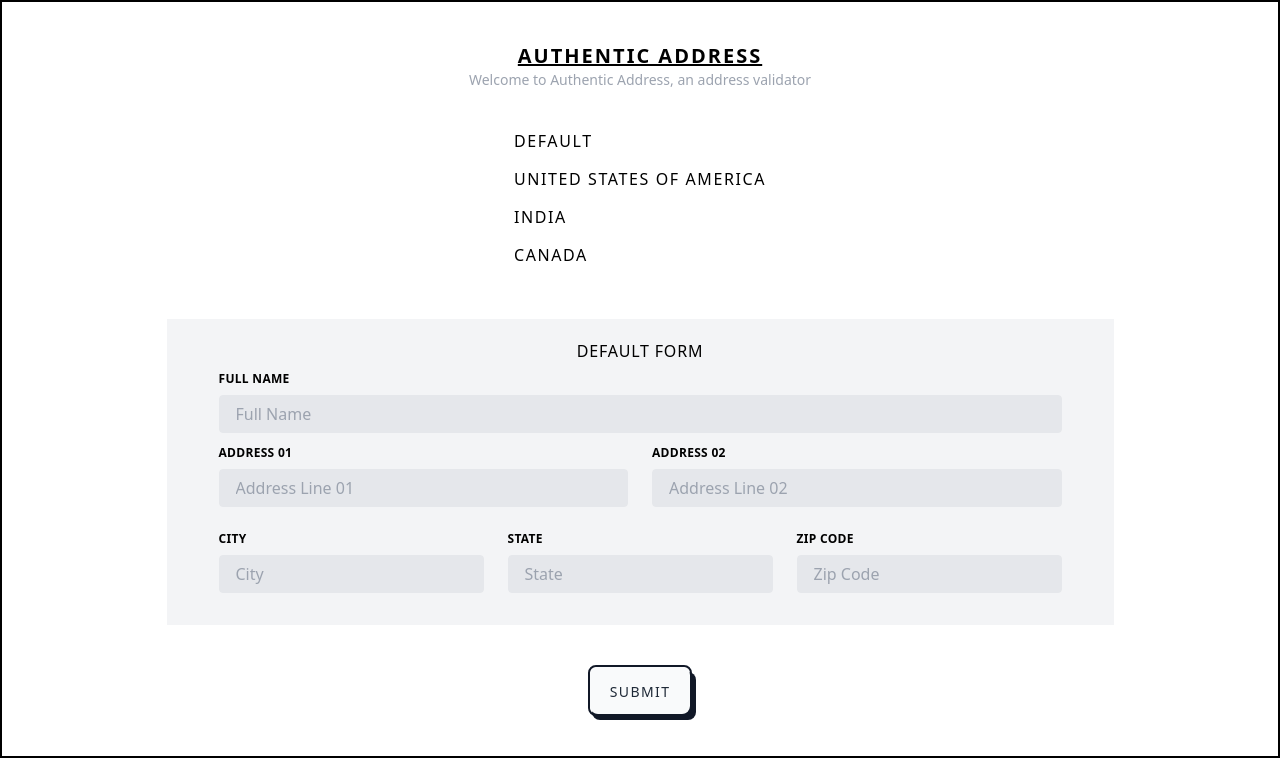
Repository: jay-singhvi/SWArchDesign_TeamProject
Page: / (app in frontend/address-validation/)
The author's editor kept a copy of each file at every save. The page is drawn from the files as they stood at one save, then again after the next save.
The browser window is 1280 px wide. The pictures show the whole page.
The project was rebuilt for these pictures with package versions that can differ from the ones it lists, and the page was loaded fresh each time. Also part of the build but not shown: frontend/address-validation/src/components/UsaForm.js, frontend/address-validation/src/components/CanadaForm.js, frontend/address-validation/src/components/IndiaForm.js.

Above is the page before, as saved 2023-03-09 16:16:57.

### frontend/address-validation/public/index.html
<!DOCTYPE html>
<html lang="en">
  <head>
    <meta charset="utf-8" />
    <meta name="viewport" content="width=device-width, initial-scale=1" />
    <meta name="theme-color" content="#000000" />
    <meta
      name="description"
      content="Web site created using create-react-app"
    />
    <link rel="apple-touch-icon" href="%PUBLIC_URL%/logo192.png" />
    <!--
      manifest.json provides metadata used when your web app is installed on a
      user's mobile device or desktop. See https://developers.google.com/web/fundamentals/web-app-manifest/
    -->
    <link rel="manifest" href="%PUBLIC_URL%/manifest.json" />
    <!--
      Notice the use of %PUBLIC_URL% in the tags above.
      It will be replaced with the URL of the `public` folder during the build.
      Only files inside the `public` folder can be referenced from the HTML.

      Unlike "/favicon.ico" or "favicon.ico", "%PUBLIC_URL%/favicon.ico" will
      work correctly both with client-side routing and a non-root public URL.
      Learn how to configure a non-root public URL by running `npm run build`.
    -->
    <title>Authentic Address</title>
  </head>
  <body>
    <noscript>You need to enable JavaScript to run this app.</noscript>
    <div id="root"></div>
    <!--
      This HTML file is a template.
      If you open it directly in the browser, you will see an empty page.

      You can add webfonts, meta tags, or analytics to this file.
      The build step will place the bundled scripts into the <body> tag.

      To begin the development, run `npm start` or `yarn start`.
      To create a production bundle, use `npm run build` or `yarn build`.
    -->
  </body>
</html>

### frontend/address-validation/src/App.js
import React, { useState } from "react";
import { styled } from "@mui/material/styles";
import Table from "@mui/material/Table";
import TableFooter from "@mui/material/TableFooter";
import TableBody from "@mui/material/TableBody";
import TableCell, { tableCellClasses } from "@mui/material/TableCell";
import TableContainer from "@mui/material/TableContainer";
import TableHead from "@mui/material/TableHead";
import TablePagination from "@mui/material/TablePagination";
import TableRow from "@mui/material/TableRow";
import USAForm from "./components/UsaForm";
import CanadaForm from "./components/CanadaForm";
import IndiaForm from "./components/IndiaForm";
import DefaultForm from "./components/DefaultForm";

function App() {
  // variables to handle the Request and Response
  const [countryList, setCountryList] = useState("");
  const [formData, setFormData] = useState(null);
  const [responseData, setResponseData] = useState(null);
  const [page, setPage] = useState(0);
  const [rowsPerPage, setRowsPerPage] = useState(5);

  const emptyRows =
    page > 0 ? Math.max(0, (1 + page) * rowsPerPage - responseData.length) : 0;

  const handleChangePage = (event, newPage) => {
    setPage(newPage);
  };

  const handleChangeRowsPerPage = (event) => {
    setRowsPerPage(parseInt(event.target.value, 10));
    setPage(0);
  };

  const StyledTableCell = styled(TableCell)(({ theme }) => ({
    [`&.${tableCellClasses.head}`]: {
      backgroundColor: theme.palette.common.white,
      color: theme.palette.common.black,
    },
    [`&.${tableCellClasses.body}`]: {
      fontSize: 14,
    },
  }));

  const StyledTableRow = styled(TableRow)(({ theme }) => ({
    "&:nth-of-type(odd)": {
      backgroundColor: theme.palette.action.hover,
    },
    "&:last-child td, &:last-child th": {
      border: 0,
    },
  }));

  // Set of Counries under consideration
  const countries = [
    { name: "Default" },
    { name: "United States of America" },
    { name: "India" },
    { name: "Canada" },
  ];

  // Function to render form based on Countries
  function renderForm() {
    if (countryList.length === 1) {
      console.log(countryList);
      if (countryList.includes("United States of America"))
        return <USAForm setFormData={setFormData} />;
      else if (countryList.includes("India"))
        return <IndiaForm setFormData={setFormData} />;
      else if (countryList.includes("Canada"))
        return <CanadaForm setFormData={setFormData} />;
      else return <DefaultForm setFormData={setFormData} />;
    }
    // Renders form for multiple selected countries
    else {
      return <DefaultForm setFormData={setFormData} />;
    }
  }

  // Handles selected country and set ths
  function handleSelectedCountry(event) {
    const selectedOptions = Array.from(event.target.selectedOptions);
    const selectedValues = selectedOptions.map((option) => option.value);
    setCountryList(selectedValues);
  }

  // Finds address based on the form data
  async function findAddress(event) {
    event.preventDefault();

    // If only one country is selected
    if (countryList.length === 1) {
      //If selected country id default then send country field empty in JSON request
      if (countryList[0] === "Default") {
        countryList[0] = "";
      }
      const updatedFormData = { ...formData, Country: countryList[0] };

      // If form data has Name attribute then search based on name and country
      if (formData !== null && formData.Name !== null) {
        try {
          const response = await fetch(
            "http://127.0.0.1:5000/api/searchCountriesByClient",
            {
              method: "POST",
              headers: {
                "Content-Type": "application/json",
              },
              body: JSON.stringify(updatedFormData),
            }
          );

          const data = await response.json();
          setResponseData(data);
        } catch (error) {
          console.error(error);
          setResponseData({ error: "An error occurred" });
        }
      }

      //If name is not mentioned then populate all addresses for that country based on JSON request
      else {
        try {
          const response = await fetch(
            "http://127.0.0.1:5000/api/searchCountry",
            {
              method: "POST",
              headers: {
                "Content-Type": "application/json",
              },
              body: JSON.stringify(updatedFormData),
            }
          );

          const data = await response.json();
          setResponseData(data);
        } catch (error) {
          console.error(error);
          setResponseData({ error: "An error occurred" });
        }
      }
    }
    //If more one country is selected then send the list of countries with JSON request
    else if (countryList.length > 1) {
      const updatedFormData = { ...formData, Country: countryList };

      try {
        const response = await fetch(
          "http://127.0.0.1:5000//api/searchCountries",
          {
            method: "POST",
            headers: {
              "Content-Type": "application/json",
            },
            body: JSON.stringify(updatedFormData),
          }
        );

        const data = await response.json();
        setResponseData(data);
      } catch (error) {
        console.error(error);
        setResponseData({ error: "An error occurred" });
      }
    }
    // If only name is mentioned then look for that name in all countries
    else if (formData !== null && formData.Name !== null) {
      try {
        const response = await fetch(
          "http://127.0.0.1:5000/api/searchCountriesByClient",
          {
            method: "POST",
            headers: {
              "Content-Type": "application/json",
            },
            body: JSON.stringify(formData),
          }
        );

        const data = await response.json();
        setResponseData(data);
      } catch (error) {
        console.error(error);
        console.log(error);
        setResponseData({ error: "An error occurred" });
      }
    }
    setFormData({});
  }

  // Give all the options of countries to user for selection
  return (
    <div className=" items-center justify-between min-h-screen  ">
      <div className="  py-10 flex flex-col items-center border-2 border-black">
        <h1 className=" uppercase tracking-widest font-bold text-xl underline">
          Authentic Address
        </h1>
        <p className=" text-gray-400 text-sm">
          Welcome to Authentic Address, an address validator
        </p>

        {/* select countries */}
        <div className=" mt-3">
          <select
            className=" p-5 outline-none focus:outline-none"
            multiple
            value={countryList}
            onChange={handleSelectedCountry}
          >
            {countries.map((country) => (
              <option
                className=" cursor-pointer uppercase tracking-widest p-2 hover:bg-gray-300"
                key={country.name}
                value={country.name}
              >
                {country.name}
              </option>
            ))}
          </select>
        </div>

        {renderForm()}

        <a class="relative inline-block text-lg group mt-10">
          <span class="relative z-10 block px-5 py-3 overflow-hidden font-medium leading-tight text-gray-800 transition-colors duration-300 ease-out border-2 border-gray-900 rounded-lg group-hover:text-white">
            <span class="absolute inset-0 w-full h-full px-5 py-3 rounded-lg bg-gray-50"></span>
            <span class="absolute left-0 w-48 h-48 -ml-2 transition-all duration-300 origin-top-right -rotate-90 -translate-x-full translate-y-12 bg-gray-900 group-hover:-rotate-180 ease"></span>
            <button
              type="submit"
              onClick={findAddress}
              className=" relative uppercase tracking-widest text-sm"
            >
              Submit
            </button>
          </span>
          <span
            class="absolute bottom-0 right-0 w-full h-12 -mb-1 -mr-1 transition-all duration-200 ease-linear bg-gray-900 rounded-lg group-hover:mb-0 group-hover:mr-0"
            data-rounded="rounded-lg"
          ></span>
        </a>

        {/* output */}
        {responseData && (
          <div className="mt-40 mb-14">
            <div className="">
              <h1 className=" text-center uppercase font-bold tracking-widest">
                Results
              </h1>
            </div>
            <TableContainer sx={{ minHeight: 500 }}>
              <Table stickyHeader aria-label="sticky table">
                <TableHead>
                  <TableRow>
                    <StyledTableCell
                      sx={{ fontWeight: "fontWeightBold", textAlign: "left" }}
                    >
                      Name
                    </StyledTableCell>
                    <StyledTableCell
                      sx={{ fontWeight: "fontWeightBold", textAlign: "center" }}
                    >
                      Address 01
                    </StyledTableCell>
                    <StyledTableCell
                      sx={{ fontWeight: "fontWeightBold", textAlign: "left" }}
                    >
                      Address 02
                    </StyledTableCell>
                    <StyledTableCell
                      sx={{ fontWeight: "fontWeightBold", textAlign: "left" }}
                    >
                      City
                    </StyledTableCell>
                    <StyledTableCell
                      sx={{ fontWeight: "fontWeightBold", textAlign: "left" }}
                    >
                      State
                    </StyledTableCell>
                    <StyledTableCell
                      sx={{ fontWeight: "fontWeightBold", textAlign: "center" }}
                    >
                      Zip Code
                    </StyledTableCell>
                    <StyledTableCell
                      sx={{ fontWeight: "fontWeightBold", textAlign: "center" }}
                    >
                      Country
                    </StyledTableCell>
                  </TableRow>
                </TableHead>
                <TableBody>
                  {(rowsPerPage > 0
                    ? responseData.slice(
                      page * rowsPerPage,
                      page * rowsPerPage + rowsPerPage
                    )
                    : responseData
                  ).map((address) => (
                    <StyledTableRow key={address._id}>
                      <StyledTableCell sx={{ textAlign: "left" }}>
                        {address.Name}
                      </StyledTableCell>
                      <StyledTableCell sx={{ textAlign: "center" }}>
                        {address.Address1}
                      </StyledTableCell>
                      <StyledTableCell sx={{ textAlign: "left" }}>
                        {address.Address2}
                      </StyledTableCell>
                      <StyledTableCell>{address.City}</StyledTableCell>
                      <StyledTableCell>{address.State}</StyledTableCell>
                      <StyledTableCell>{address.ZipCode}</StyledTableCell>
                      <StyledTableCell sx={{ textAlign: "center" }}>
                        {address.Country}
                      </StyledTableCell>
                    </StyledTableRow>
                  ))}
                  {emptyRows > 0 && (
                    <TableRow style={{ height: 53 * emptyRows }}>
                      <TableCell colSpan={6} />
                    </TableRow>
                  )}
                </TableBody>
                <TableFooter>
                  <TableRow>
                    <TablePagination
                      rowsPerPageOptions={[
                        5,
                        10,
                        25,
                        { label: "All", value: -1 },
                      ]}
                      colSpan={3}
                      count={responseData.length}
                      rowsPerPage={rowsPerPage}
                      page={page}
                      SelectProps={{
                        inputProps: {
                          "aria-label": "rows per page",
                        },
                        native: true,
                      }}
                      onPageChange={handleChangePage}
                      onRowsPerPageChange={handleChangeRowsPerPage}
                    />
                  </TableRow>
                </TableFooter>
              </Table>
            </TableContainer>
          </div>
        )}
      </div>
    </div>
  );
}

<>
<USAForm />
<CanadaForm />
<IndiaForm/>
<DefaultForm/>
</>

export default App;

### frontend/address-validation/src/components/DefaultForm.js
import React, { useState } from "react";

function DefaultForm({setFormData}) {
    const [formValues, setFormValues] = useState({});
    function updateForm(event) {
      setFormValues({
        ...formValues,
        [event.target.name]: event.target.value,
      });
      setFormData({
        ...formValues,
        [event.target.name]: event.target.value,
      });
    }

    return (
      <div className=" bg-gray-100 items-center mt-6 px-10 py-5">
        <h2 className="uppercase tracking-wider font-medium text-center">
          Default Form
        </h2>

        <div className=" mt-2 space-y-3">
          <div className="w-full px-3 mb-3">
            <label
              className="block uppercase tracking-wide text-black text-xs font-bold mb-2"
              for="grid-first-name"
            >
              Full Name
            </label>
            <input
              onChange={updateForm}
              className="appearance-none block w-full bg-gray-200 text-gray-700 border rounded py-2 px-4 mb-3 leading-tight focus:outline-none focus:bg-white"
              type="text"
              placeholder="Full Name"
              name="Name"
            />
          </div>

          {/* address 01 02 */}
          <div className=" flex">
            <div className=" w-full px-3 mb-3">
              <label className=" block uppercase tracking-wide text-black text-xs font-bold mb-2">
                Address 01
              </label>
              <input
                onChange={updateForm}
                className=" appearance-none block w-full bg-gray-200 text-gray-700 border border-gray-200 rounded py-2 px-4 leading-tight focus:outline-none focus:bg-white focus:border-gray-500"
                type="text"
                name="Address1"
                placeholder="Address Line 01"
              />
            </div>
            <div className=" w-full px-3 mb-3">
              <label className=" block uppercase tracking-wide text-black text-xs font-bold mb-2">
                Address 02
              </label>
              <input
                onChange={updateForm}
                className=" appearance-none block w-full bg-gray-200 text-gray-700 border border-gray-200 rounded py-2 px-4 leading-tight focus:outline-none focus:bg-white focus:border-gray-500"
                type="text"
                name="Address2"
                placeholder="Address Line 02"
              />
            </div>
          </div>

          {/* city state and zip */}
          <div className=" flex">
            <div className=" w-full px-3 mb-3">
              <label className=" block uppercase tracking-wide text-black text-xs font-bold mb-2">
                City
              </label>
              <input
                onChange={updateForm}
                className=" appearance-none block w-full bg-gray-200 text-gray-700 border border-gray-200 rounded py-2 px-4 leading-tight focus:outline-none focus:bg-white focus:border-gray-500"
                type="text"
                name="City"
                placeholder="City"
              />
            </div>
            <div className=" w-full px-3 mb-3">
              <label className=" block uppercase tracking-wide text-black text-xs font-bold mb-2">
                State
              </label>
              <input
                onChange={updateForm}
                className=" appearance-none block w-full bg-gray-200 text-gray-700 border border-gray-200 rounded py-2 px-4 leading-tight focus:outline-none focus:bg-white focus:border-gray-500"
                type="text"
                name="State"
                placeholder="State"
              />
            </div>
            <div className=" w-full px-3 mb-3">
              <label className=" block uppercase tracking-wide text-black text-xs font-bold mb-2">
                Zip Code
              </label>
              <input
                onChange={updateForm}
                className=" appearance-none block w-full bg-gray-200 text-gray-700 border border-gray-200 rounded py-2 px-4 leading-tight focus:outline-none focus:bg-white focus:border-gray-500"
                type="text"
                name="Zipcode"
                placeholder="Zip Code"
              />
            </div>
          </div>
        </div>
      </div>
    );
  }


export default DefaultForm

Loaded but not shown: frontend/address-validation/src/index.js (common file); frontend/address-validation/src/index.css (common file); frontend/address-validation/src/reportWebVitals.js (common file); frontend/address-validation/tailwind.config.js (common file)

After the next save:
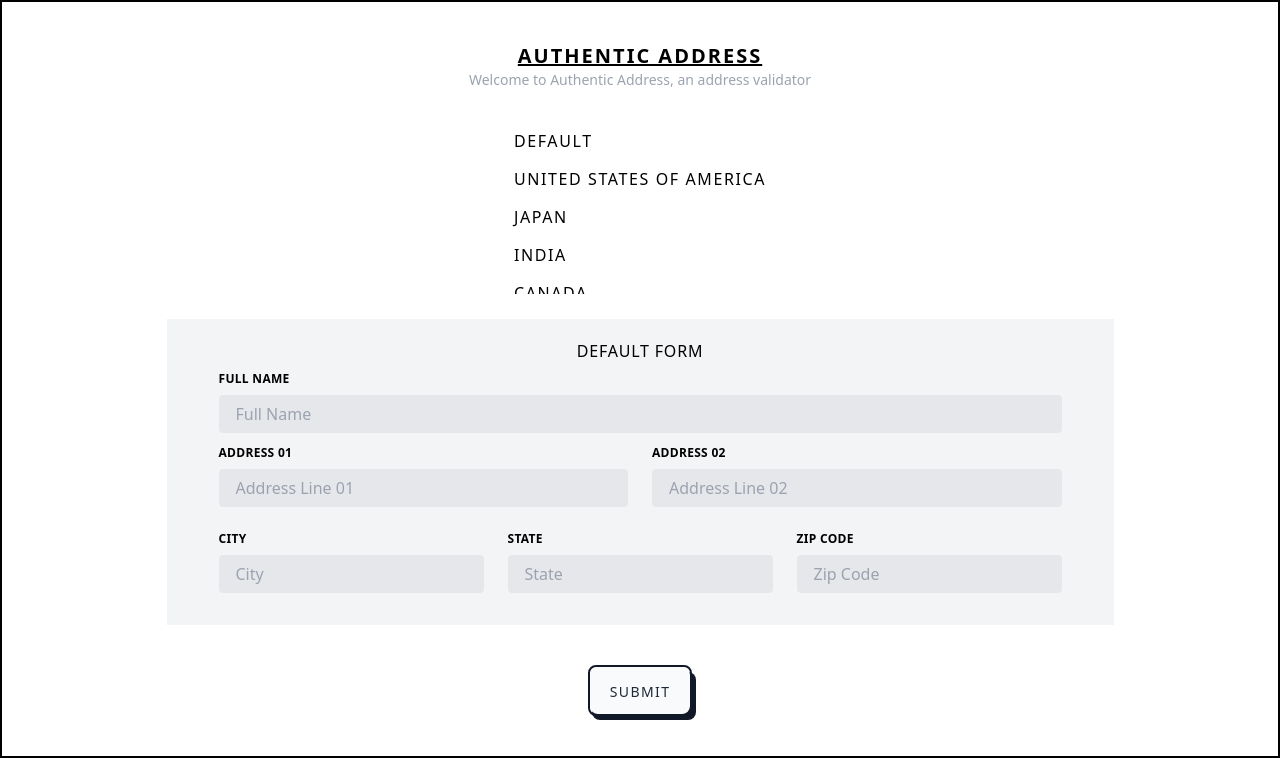
Saved 50 s later.
--- a/frontend/address-validation/src/App.js
+++ b/frontend/address-validation/src/App.js
@@ -56,6 +56,7 @@ function App() {
   const countries = [
     { name: "Default" },
     { name: "United States of America" },
+    {name:"Japan"},
     { name: "India" },
     { name: "Canada" },
   ];
